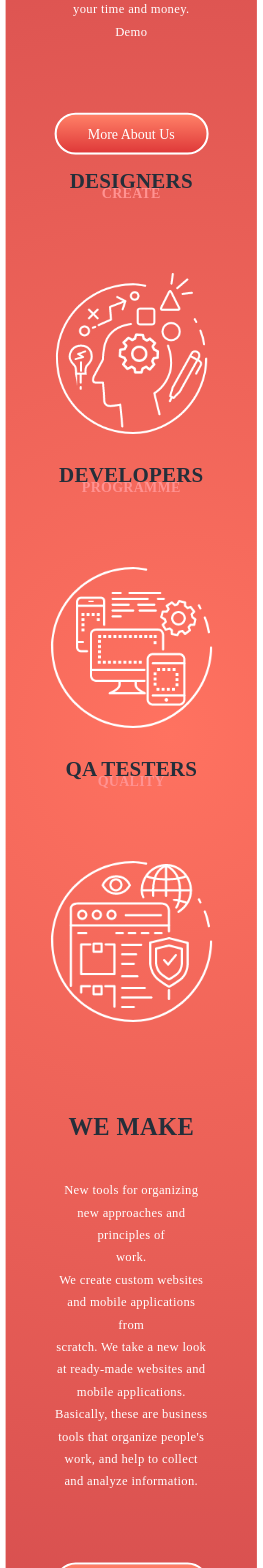
Repository: batonAnton/Ukiepro_girl
Page: index.html
These files come from the project's save history. The page is drawn as it stood at one moment and after the next save; the edit follows.
The browser window is 375 px wide. The pictures show the part of the page from y = 1130 to 3370 px (the page is 10940 px tall before and 10810 px after), at 70% of full size.

Above is the page before, as saved 2020-05-19 16:24:19.
Console error: ReferenceError: x is not defined

### index.html
<!DOCTYPE html>
<html lang="en">
  <head>
    <meta charset="UTF-8" />
    <meta name="viewport" content="width=device-width, initial-scale=1.0" />
    <meta content="width=device-width, initial-scale=1" name="viewport" />
    <title>Main Page</title>
    <link rel="stylesheet" href="./Css/style.css" />
    <link rel="stylesheet" href="./Css/media-query.css" />
    <link rel="stylesheet" href="Css/owl.carousel.min.css" />
    <script
      src="https://code.jquery.com/jquery-3.4.1.slim.min.js"
      integrity="sha256-pasqAKBDmFT4eHoN2ndd6lN370kFiGUFyTiUHWhU7k8="
      crossorigin="anonymous"
    ></script>
    <script src="js/owl.carousel.min.js"></script>
    <script src="js/owl-carousel.js"></script>
  </head>
  <body>
    <div id="myDIV" onscroll="myFunction()">
      <div class="block1">
        <nav>
          <a href="">services</a>
          <a href="">about</a>
          <a href="">portfolio</a>
          <a href="">contact</a>
        </nav>
        <div class="big_logo">
          <img src="./img/Combined_Shape.png" alt="" />

          <div class="btn_block1">
            <p>
              Automating your <br />
              business is up to
            </p>

            <button>Contact us</button>
          </div>
        </div>
        <div class="girl">
          <img src="./img/girl.png" alt="" />
        </div>
      </div>

      <div class="container block2">
        <div class="block2_info">
          <div class="block2_img">
            <img src="./img/block2_logo.png" alt="" />
          </div>

          <div class="weare">
            <h1 class="h1_general">we are</h1>
            <p>
              Business is not about success but about efficiency! <br />
              We are engaged in the implementation of automated <br />
              solutions for commercially-oriented projects. We <br />
              redesign in order to save your time and money.
            </p>

            <p id="demo" class="demoPosition">Demo</p>
            <button>More about us</button>
          </div>
        </div>

        <div class="container three_img_info">
          <div class="same_img_info">
            <h1>designers</h1>
            <img src="./img/designer.png" alt="" />
            <p>create</p>
          </div>

          <div class="same_img_info">
            <h1>developers</h1>
            <img src="./img/developers.png" alt="" />
            <p>programme</p>
          </div>

          <div class="same_img_info">
            <h1>qa testers</h1>
            <img src="./img/qa.png" alt="" />
            <p>quality</p>
          </div>
        </div>

        <div class="container block2_info2">
          <div class="wemake">
            <h1 class="h1_general">we make</h1>

            <p>
              New tools for organizing new approaches and principles of <br />
              work. <br />
              We create custom websites and mobile applications from <br />
              scratch. We take a new look at ready-made websites and <br />
              mobile applications. <br />
              Basically, these are business tools that organize people's <br />
              work, and help to collect and analyze information.
            </p>

            <button>Our services</button>
          </div>

          <div class="block2_img_rombo">
            <img src="./img/rombo.png" alt="" />
          </div>
        </div>

        <div class="container block2_info2 lastblock">
          <h1 class="h1_general">
            technology partner for
          </h1>

          <div class="same_img_info">
            <h1>co-founder</h1>
            <img src="./img/co-founder.png" alt="" />
          </div>

          <div class="same_img_info">
            <h1>
              small & medium <br />
              businesses
            </h1>
            <img src="./img/business.png" alt="" />
          </div>

          <div class="same_img_info">
            <h1>startups</h1>
            <img src="./img/startup.png" alt="" />
          </div>
        </div>
      </div>

      <!-- block3 -->

      <div class="block3">
        <h1 class="h1_general">our projects</h1>
        <div class="container block3_same_block">
          <img src="./img/block3_1.png" alt="" />
          <div class="block3_info">
            <a href="" class="row_btn"
              >hs sports v2.0 <img src="./img/ico_next.png" alt=""
            /></a>

            <p>
              To upgrade existing HS Sports platform: completely change <br />
              design, make it more socio-oriented, submit new statistics, <br />
              create new sections and modules, update all existing <br />
              sections of the website and make it faster.
            </p>
          </div>
        </div>

        <div class="container block3_same_block block3_2">
          <img src="./img/block3_2.png" alt="" />
          <div class="block3_info_2">
            <a href="" class="row_btn"
              >hss recruiter <img src="./img/ico_next.png" alt=""
            /></a>

            <p>
              To upgrade existing HS Sports platform: completely change <br />
              design, make it more socio-oriented, submit new statistics, <br />
              create new sections and modules, update all existing <br />
              sections of the website and make it faster.
            </p>
          </div>
        </div>

        <div class="container block3_same_block">
          <img src="./img/block3_3.png" alt="" />
          <div class="block3_info">
            <a href="" class="row_btn">
              hs sport app <img src="./img/ico_next.png" alt=""
            /></a>
            <p>
              To upgrade existing HS Sports platform: completely change <br />
              design, make it more socio-oriented, submit new statistics, <br />
              create new sections and modules, update all existing <br />
              sections of the website and make it faster.
            </p>
          </div>
        </div>
        <button>view all</button>
      </div>

      <!-- block4 -->

      <div class="block4">
        <img src="./img/block4_people.png" alt="" />
        <div class="block4_info">
          <h1>THE TEAM</h1>
          <p>
            Talented developers. <br />
            We are the team of 25 talented and experienced developers. <br />
            <br />
            We started working on a startup, we engage up to 5 programmers, 1
            <br />
            QA and a manager. Thus, efficient and successful products involve 25
            <br />
            people working on them.
          </p>
        </div>
      </div>

      <!-- block5_slide carousel -->

      <div class="container block5">
        <div class="owl-carousel">
          <div class="item">
            <div class="block5_info">
              <img src="./img/img_ava.png" alt="" />
              <h1>D.Tramble</h1>
              <p>
                Oh my God! After starting an automated <br />
                process of an old business, I have got the <br />
                impression that 10 people in the company just <br />
                pretend to be working!
              </p>
            </div>
          </div>
        </div>
      </div>

      <!-- block6 anketa -->

      <div class="container block6">
        <div class="block6_info1">
          <div class="block6_info">
            <h1>get in touch</h1>
            <p>If you’ve got an issue, feel free to contact us.</p>

            <form action="">
              <!-- <label for="fname">Your name</label> <br> -->
              <input
                type="text"
                name="fname"
                id="fname"
                placeholder="Your name"
              />
              <br />
              <input
                type="number"
                id="phone"
                name="phone"
                placeholder="mobile phone"
              />
              <br />
              <input type="email" placeholder="e-mail" /> <br />
              <input type="text" name="message" id="" placeholder="Message" />
              <br />
            </form>

            <button>Send</button>
          </div>
        </div>
        <div class="block6_img" data-text="ghjghjhgj">
          <img src="./img/block6_girl.png" alt="" />
        </div>
      </div>

      <div class="container block7">
        <div class="block7_info1">
          <input
            type="image"
            id="image"
            alt="Login"
            src="./img/ukrepro_logo_foot.png"
            alt="logo"
          />
          <p>
            Company slogan or other description. <br />
            Main features that calls positive emotions <br />
            from users. Readable text, SEO, keywords <br />
            etc.
          </p>

          <input
            class="socialNet"
            type="image"
            id="image"
            alt="Login"
            src="./img/facebook.png"
            alt=""
          />
          <input
            class="socialNet"
            type="image"
            id="image"
            alt="Login"
            src="./img/instagram.png"
            alt=""
          />
        </div>

        <div class="block7_info2">
          <div class="nav_div">
            <h1>menu</h1>
            <nav>
              <a href="">Home page</a>
              <a href="">services</a>
              <a href="">about</a>
              <a href="">portfolio</a>
              <a href="">contact</a>
            </nav>
          </div>

          <div class="contacts_nav">
            <h1>contacts</h1>
            <nav>
              <a href="#location"
                ><img src="./img/icon_location.png" alt="" /> Lviv, Lemkivska
                9</a
              >
              <a href="email">
                <img src="./img/icon_email .png" alt="" /> info@ukiepro.com</a
              >
              <a href="phoneNum">
                <img src="./img/icon_phone.png" alt="" /> +38 (093) 69 81 184<br />
                +38 (099) 642 51 09</a
              >
            </nav>
          </div>
        </div>
      </div>

      <footer>
        <p>All rights reserved © 2019</p>
      </footer>
    </div>

    <script>
      function myFunction() {
        var elmnt = document.getElementById("myDIV");
        // var x = elmnt.scrollLeft;
        var y = elmnt.scrollTop;
        document.getElementById("demo").innerHTML = "Vertically: " + y + "px";
      }
      console.log(x);
    </script>
  </body>
</html>

### Css/style.css
* {
  max-width: 100%;
}
a:hover {
  text-shadow: 0 0 16px #fff;
  transition: text-shadow 0.36s;
}

nav a:hover {
  text-decoration: underline;
}

button {
  width: 220px;
  height: 60px;
  border: none;
  border-radius: 33px;
  background-image: linear-gradient(180deg, #ff8067 0%, #df3939 100%);
  background-color: transparent;
  color: #ffffff;
  font-family: "Museo -700";
  text-transform: capitalize;
  font-size: 20px;
  transition: background-color 0.3s;
}
a {
  text-decoration: none;
}

.container {
  max-width: 100%;
  width: 1100px;
  margin-left: auto;
  margin-right: auto;
}
.block1 {
  width: 100%;
  /* height: 920px; */
  position: relative;
  box-shadow: -8px 1px 116px rgba(0, 0, 0, 0.21);
  background-image: radial-gradient(
    circle 1673px at 29.24% 114.02%,
    #22466c 0%,
    #0e1f39 100%
  );
  /* opacity: -1; */
  z-index: 2;
}

.block1 nav {
  max-width: 100%;
  width: 1050px;
  margin-left: auto;
  margin-right: auto;
  margin-top: 0;
  padding-top: 40px;

  height: 19px;
  text-align: right;
  color: #ffffff;
  font-family: "Museo 500- Regular";
  font-size: 16px;
  font-weight: 400;
  letter-spacing: 0.89px;
}
.block1 nav a {
  width: 446px;
  height: 19px;
  color: #ffffff;
  font-family: "Museo 500- Regular";
  font-size: 16px;
  font-weight: 400;
  letter-spacing: 0.84px;
  /* Text style for "Services" */
  letter-spacing: 0.89px;
  text-transform: capitalize;
}

.block1 nav a + a {
  margin-left: 30px;
}
.big_logo {
  margin: 0 auto;
  padding-bottom: 100px;
  max-width: 100%;
  width: 1200px;
  text-align: center;
}
.block1 img {
  max-width: 100%;
  width: 1226px;
  height: 309px;
  margin: 0 auto;
  padding-top: 75px;
  margin-left: auto;
  margin-right: auto;
}

p {
  margin-block-start: 0em;
  margin-block-end: 0em;
}

.block1 p {
  width: 350px;
  height: 103px;
  opacity: 0.8;
  color: #ffffff;
  font-family: "Exo 2.0- Bold";
  font-size: 30px;
  font-weight: 700;
  letter-spacing: -0.03px;
  line-height: 40px;
}
.block1 button {
  width: 220px;
  height: 60px;
  border: none;
  border-radius: 33px;
  background-image: linear-gradient(180deg, #ff8067 0%, #df3939 100%);
  color: #ffffff;
  font-family: "Museo -700";
  font-size: 20px;
}
.btn_block1 {
  text-align: left;
  margin-left: 50px;
  margin-top: 80px;
}
.block1 button {
  margin-top: 50px;
}

.block1 .girl img {
  width: 729px;
  height: 957px;
  position: absolute;
  top: 25%;
  left: 35%;
}

.block2 {
  width: 100%;
  /* height: 2851px; */
  overflow: hidden;
  padding-bottom: 300px;
  background-image: radial-gradient(
    circle 1288px at 65.32% 35.97%,
    #ff7260 0%,
    #d74f4f 100%
  );
  z-index: 0;
}
.block2_info {
  overflow: hidden;
  width: 1200px;
  padding-bottom: 210px;
  margin-left: auto;
  margin-right: auto;
}

/* .block2_img {
  width: 1306px;
  height: 895px;
  left: -25%;
  top: 85%;
  position: absolute;
} */

.block2_img img {
  left: -25%;
  top: 85%;
  position: absolute;
}

.weare {
  float: right;
  margin: 10% 10%;
}

.weare h1 {
  height: 70px;
  color: #242f3a;
  font-family: "Exo 2.0- Bold";
  font-size: 60px;
  font-weight: 700;
  letter-spacing: 0.52px;
  text-transform: uppercase;
}

.weare p {
  height: 219px;
  /* opacity: 0.9; */
  color: #ffffff;
  font-family: "Museo 500- Regular";
  font-size: 18px;
  font-weight: 400;
  letter-spacing: 0.48px;
  line-height: 32px;
  /* Text style for "Business i" */
  font-family: "Museo -700";
}

.block2_info button {
  width: 220px;
  height: 60px;
  border-radius: 33px;
  border: 3px solid #ffffff;
}

.three_img_info {
  display: flex;
  flex-direction: row;
  padding-bottom: 100px;
}

.three_img_info h1 {
  height: 38px;
  color: #242f3a;
  font-family: "Exo 2.0- Bold";
  font-size: 32px;
  font-weight: 700;
  letter-spacing: 0.28px;
  text-transform: uppercase;
}

.same_img_info {
  width: 50%;
  text-align: center;
}

.same_img_info img {
  height: 230px;
  margin-top: 60px;
}

.same_img_info p {
  width: 50px;
  margin-top: -60%;
  transform: rotate(90deg);
  color: #ff9291;
  font-family: "Exo 2.0- Bold";
  font-size: 42px;
  font-weight: 700;
  letter-spacing: 0.37px;
  text-transform: uppercase;
}

.block2_info2 {
  display: flex;
  flex-direction: row;
  height: 895px;
  width: 1200px;
  margin-left: auto;
  margin-right: auto;
}

.wemake {
  margin: 20% 0% 0% 10%;
  width: 510px;
}
.h1_general {
  height: 70px;
  color: #242f3a;
  font-family: "Exo 2.0- Bold";
  font-size: 60px;
  font-weight: 700;
  letter-spacing: 0.52px;
  text-transform: uppercase;
}

.block2_info2 .h1_general {
  margin-left: 10%;
}

.wemake p {
  height: 256px;
  /* opacity: 0.9; */
  color: #ffffff;
  font-family: "Museo 500- Regular";
  font-size: 14px;
  font-weight: 400;
  letter-spacing: 0.48px;
  line-height: 32px;
  /* Text style for "Business i" */
  font-family: "Museo -700";
}

.block2_info2 button {
  width: 220px;
  height: 60px;
  border-radius: 33px;
  border: 3px solid #ffffff;
}

/* rombo property */

.block2_img_rombo {
  position: relative;
}

.block2_img_rombo img {
  margin: -12% 0% 0% 59%;
}

.same_img_info h1 {
  height: 68px;
  color: #242f3a;
  font-family: "Exo 2.0- Bold";
  font-size: 32px;
  font-weight: 700;
  letter-spacing: 0.28px;
  text-transform: uppercase;
}

.lastblock {
  flex-wrap: wrap;
  height: 400px;
}

.lastblock .same_img_info {
  flex: 1 1 30%;
  text-align: center;
}

/* block3 */
.block3 {
  width: 100%;
  /* height: 1982px; */
  background-color: #151f30;
  display: inline-block;
  text-align: center;
  padding-bottom: 240px;
  z-index: 2;
}

.block3 .h1_general {
  /* width: 424px; */
  height: 70px;
  margin-top: 140px;
  color: #f06868;
  font-family: "Exo 2.0- Bold";
  font-size: 60px;
  font-weight: 700;
  letter-spacing: -0.68px;
  text-transform: uppercase;
}

.block3_same_block {
  width: 1100px;
  display: block;
  margin-bottom: 60px;
}

.block3_info {
  float: right;
  margin-top: 100px;
  text-align: left;
}
.block3_info_2 {
  float: left;
  margin-top: 100px;
  text-align: left;
}

.block3 a {
  /* width: 285px; */
  height: 30px;
  color: #ffffff;
  font-family: "Exo 2.0- Bold";
  font-size: 26px;
  font-weight: 700;
  text-transform: uppercase;
}
.block3 p {
  width: 462px;
  height: 140px;
  color: #ffffff;
  font-family: "Museo 500- Regular";
  font-size: 16px;
  font-weight: 400;
  letter-spacing: 0.5px;
  line-height: 28px;
}

.block3 .row_btn img {
  width: 40px;
  height: auto;
  margin-left: 20px;
  background-color: #151f30;
  background-image: none;
}

/* block4 */

.block4 {
  background-image: radial-gradient(
    circle 518px at 51.13% 543.37%,
    #f17060 0%,
    #d65454 100%
  );
  text-align: center;
  z-index: 0;
  position: relative;
}

.block4 img {
  margin-top: -80px;
  z-index: 2;
}

.block4_info {
  position: absolute;
  z-index: 0;
  left: 40%;
  margin-left: -50px;
  top: 20%;
  margin-top: -50px;
}
.block4 h1 {
  height: 70px;
  color: #1f3040;
  font-family: "Exo 2.0- Bold";
  font-size: 60px;
  font-weight: 700;
  letter-spacing: -0.68px;
  text-transform: uppercase;
}

.block4 p {
  height: 232px;
  opacity: 0.85;
  color: #1c2b3d;
  font-family: "Museo 500- Regular";
  font-size: 18px;
  font-weight: 400;
  letter-spacing: 0.5px;
  line-height: 32px;
}

/* block5 */

.block5 {
  background-color: #151f30;
  text-align: center;
  width: auto;
}

.block5_info {
  padding: 130px 0px 130px 0px;
  width: 370px;
}

.block5 .item .block5_info img {
  width: 120px;
}

.block5 h1 {
  height: 23px;
  color: #ffffff;
  font-family: "Museo -700";
  font-size: 20px;
  letter-spacing: -0.21px;
}
.block5 p {
  height: 132px;
  color: #ffffff;
  font-family: "Museo 500- Regular";
  font-size: 18px;
  font-weight: 400;
  letter-spacing: 0.59px;
  line-height: 32px;
}

/* block6 */

.block6 {
  background-color: #1d2635;
  display: inline-flex;
  width: 100%;
}

.block6_info {
  margin: 160px 0px 0px 300px;
}

.block6 h1 {
  height: 70px;
  color: #f06868;
  font-family: "Exo 2.0- Bold";
  font-size: 60px;
  font-weight: 700;
  /* letter-spacing: 1.33px; */
  text-transform: uppercase;
}

.block6 p {
  height: 38px;
  color: #ffffff;
  font-family: "Museo 500- Regular";
  font-size: 24px;
  font-weight: 400;
  line-height: 38px;
}

.block6 form {
  /* padding: 100px; */
  margin: 70px 0px 70px 0px;
}

.block6 input {
  width: 360px;
  height: 40px;
  outline: 0;
  background-color: #1d2635;
  border-width: 0 0 2px;
  border-color: #ffffff;
  margin: 10px;
}

.block6_img {
  /* width: 40%; */
  padding-top: 50px;
  margin-left: 300px;
}

.block7 {
  width: 100%;
  display: inline-flex;
  box-shadow: -8px 1px 116px rgba(0, 0, 0, 0.21);
  background-image: radial-gradient(
    circle 2620px at 8.45% 1238.64%,
    #151f2f 0%,
    #2f4058 100%
  );
}

.block7_info1 {
  width: 40%;
  margin: 160px 0px 0px 300px;
}

.block7_info2 {
  width: 60%;
  margin: 160px 0px 0px 0px;
  display: inline-flex;
}

.block7 h1 {
  height: 23px;
  color: #ffffff;
  text-transform: capitalize;
  font-family: "Museo 500- Regular";
  font-size: 20px;
  font-weight: 400;
  letter-spacing: 1px;
  padding-bottom: 20px;
}
.block7 p {
  margin: 70px 0px 70px 0px;
  height: 120px;
  opacity: 0.6;
  color: #ffffff;
  font-family: "Museo 500- Regular";
  font-size: 16px;
  font-weight: 400;
  letter-spacing: 1px;
  line-height: 30px;
}

.block7 .socialNet {
  margin-bottom: 180px;
  padding: 10px;
}
.contacts_nav {
  margin-left: 100px;
}
.contacts_nav img {
  width: 44px;
  height: 44px;
  margin-right: 20px;
}

.block7 nav a {
  display: flex;
  color: #ffffff;
  font-family: "Museo 500- Regular";
  font-size: 16px;
  font-weight: 400;
  letter-spacing: 1px;
  line-height: 60px;
  text-transform: capitalize;
}

.block7 nav a:hover {
  text-decoration: none;
}

/* footer */

footer {
  text-align: center;
  padding: 40px 0px 40px 0px;
  background-image: linear-gradient(
    to right,
    #151f2f 0%,
    rgba(47, 64, 88, 0) 100%
  );
}

footer p {
  /* height: 30px; */
  color: #ffffff;
  font-family: "Museo 500- Regular";
  font-size: 16px;
  font-weight: 400;
  letter-spacing: 1px;
  line-height: 30px;
}

button:hover {
  background-image: none;
  background-color: #ffffff;
  color: #df3939;
  transition: background-color 0.3s;
}

### Css/media-query.css
@media all and (max-width: 1920px) {
  .block2_img_rombo img {
    margin: -12% 0% 0% 55%;
  }
}

@media all and (min-width: 1785px) and (max-width: 1880px) {
  block2_img img {
    left: -29%;
  }
}

@media all and (min-width: 1620px) and (max-width: 1785px) {
  block2_img img {
    left: -40%;
  }
}

@media all and (min-width: 1620px) and (max-width: 1780px) {
  .block2_img img {
    left: -36%;
  }
}
@media all and (max-width: 1705px) {
  .block2_img img {
    left: -33%;
  }
}

@media all and (min-width: 1435px) and (max-width: 1485px) {
  .block2_img img {
    left: -45%;
  }
}

@media all and (min-width: 1360px) and (max-width: 1435px) {
  .block2_img img {
    left: -49%;
  }
}

@media all and (max-width: 1350px) {
  .block2_img img {
    left: -60%;
  }
}

@media all and (min-height: 535px) {
  .weare {
    margin: 20% 10%;
  }
}

@media all and (max-width: 1650px) {
  .block2_img_rombo img {
    margin: -12% 0% 0% 35%;
  }
}

@media all and (min-width: 1120px) and (max-width: 1450px) {
  .big_logo {
    max-width: 80%;
  }

  .big_logo img {
    height: auto;
  }
  .block4_info {
    margin-left: -140px;
  }

  .block2_info {
    padding-bottom: 0px;
  }

  .block3_2 {
    margin-left: 210px;
  }

  .block6_img {
    /* width: 40%; */
    padding-top: 50px;
    margin-left: 145px;
  }
  .block6_info {
    margin: 60px 0px 0px 120px;
  }

  .block6 h1 {
    font-size: 50px;
  }

  .block6 {
    padding: 100px 0px 100px 0px;
  }
}

@media all and (min-width: 750px) and (max-width: 1120px) {
  .block1 nav {
    margin-left: -120px;
  }

  .btn_block1 {
    margin-left: 0px;
  }

  .block1 p {
    font-size: 25px;
  }

  .block1 button {
    width: 180px;
  }

  .big_logo {
    max-width: 80%;
  }

  .big_logo img {
    height: auto;
  }

  .block1 .girl img {
    width: 60%;
    height: auto;
  }
  .block6 {
    padding: 100px 0px 100px 0px;
  }
}

/* SMALL  SCREEN */
@media all and (min-width: 320px) and (max-width: 425px) {
  * {
    text-align: center;
  }

  .block1 nav {
    display: none;
  }

  .block1 .girl img {
    width: 80%;
    height: auto;
    top: 60%;
    left: 13%;
  }

  .block1 .big_logo {
    padding-bottom: 220px;
  }

  .block1 img {
    width: 80%;
    height: auto;
  }

  .block1 p {
    font-size: 25px;
    height: auto;
  }

  .btn_block1 {
    margin-left: 0px;
    text-align: center;
  }

  /* block2 */
  .block2_img,
  .block2_img_rombo {
    display: none;
  }

  .block2 h1 {
    font-size: 30px;
    text-align: center;
  }

  .block2 button {
    margin-top: 100px;
  }

  .weare p,
  .wemake p {
    font-size: 18px;
    text-align: center;
    height: auto;
    margin-left: auto;
    margin-right: auto;
    width: 220px;
  }

  .wemake,
  .weare {
    margin: auto;
    float: unset;
  }

  .weare {
    margin-top: 100px;
  }
  .block2_info,
  .three_img_info {
    padding-bottom: 0px;
  }

  .block2 .three_img_info {
    display: block;
  }

  .block2 .three_img_info h1,
  .wemake h1 {
    font-size: 30px;
  }

  .same_img_info p {
    width: auto;
    transform: none;
    font-size: 20px;
    margin-top: -100%;
  }

  .same_img_info {
    width: auto;
    height: 400px;
    margin-right: auto;
    margin-left: auto;
    text-align: center;
  }

  .lastblock .same_img_info {
    flex: auto;
  }

  .same_img_info img {
    margin-top: 60px;
  }
  .lastblock {
    height: 1090px;
  }

  .block2_info2 .h1_general {
    margin-left: 0%;
    font-size: 35px;
  }

  .block3 .h1_general {
    font-size: 35px;
    margin-top: 50px;
  }
  .block3_same_block img {
    width: 230px;
    height: auto;
  }

  .block3_info {
    margin-top: 50px;
    float: unset;
    text-align: center;
  }
  .block3 .row_btn img {
    width: 30px;
    margin-left: 0px;
  }
  .block3 p {
    font-size: 16px;
    margin-top: 50px;
    margin-left: auto;
    margin-right: auto;
    height: auto;
    width: 250px;
  }

  .block3_info_2 {
    margin-top: 50px;
    float: unset;
    text-align: center;
  }

  /* block4 */

  .block4_info {
    position: relative;
    left: 0%;
    margin-left: 0px;
    top: -20%;
    margin-top: 0px;
    padding-bottom: 50px;
  }

  .block4 h1 {
    font-size: 35px;
    margin-top: 50px;
    height: auto;
  }
  .block4 p {
    font-size: 16px;
    margin-top: 50px;
    margin-left: auto;
    margin-right: auto;
    height: auto;
    width: 250px;
    color: #ffffff;
  }

  /* block 6 anketa */

  .block6 {
    display: inline-block;
  }
  .block6_info {
    margin: 0px;
  }
  .block6 h1 {
    font-size: 35px;
    margin-top: 50px;
    height: auto;
  }

  .block6 p {
    font-size: 16px;
  }

  .block6 input {
    width: 250px;
    margin-left: auto;
    margin-right: auto;
  }
  .block6 form {
    margin: 70px 30px 70px 30px;
  }
  .block6 button {
    margin-bottom: 50px;
  }
  .block6_img {
    display: none;
  }

  /* footer */

  .block7 {
    display: grid;
  }
  .block7_info1 {
    width: 250px;
    height: auto;
    margin-left: auto;
    text-align: left;
    margin-right: auto;
  }

  .block7_info2 {
    display: grid;
    width: 250px;
    height: auto;
    margin-left: auto;
    text-align: left;
    margin-right: auto;
  }
  .block7 h1 {
    text-align: left;
  }

  .contacts_nav {
    margin-left: 0px;
    margin-top: 50px;
  }
}

### js/owl-carousel.js
$(document).ready(function () {
  $(".owl-carousel").owlCarousel({
    loop: true,
    margin: 10,
    responsive: {
      0: {
        items: 1,
      },
      600: {
        items: 3,
      },
      1000: {
        items: 5,
      },
    },
  });
});

Loaded but not shown: Css/owl.carousel.min.css (library); js/owl.carousel.min.js (library)

After the next save:
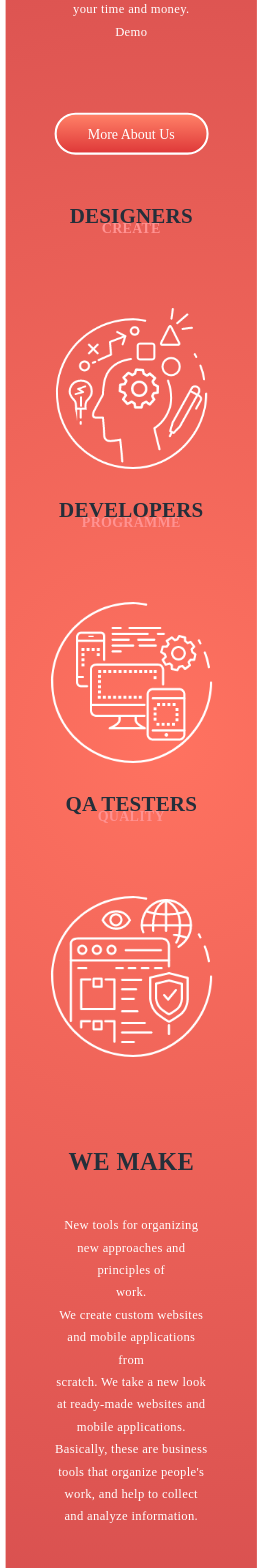
Saved 5 min 4 s later.
--- a/Css/media-query.css
+++ b/Css/media-query.css
@@ -198,6 +198,7 @@
 
   .weare {
     margin-top: 100px;
+    margin-bottom: 50px;
   }
   .block2_info,
   .three_img_info {
@@ -342,14 +343,22 @@
     display: grid;
   }
   .block7_info1 {
+    margin-top: 160px;
     width: 250px;
     height: auto;
     margin-left: auto;
     text-align: left;
     margin-right: auto;
   }
+  .logo7 {
+    text-align: center;
+    margin-left: auto;
+    margin-right: auto;
+    width: 100%;
+  }
 
   .block7_info2 {
+    margin-top: 8 0px;
     display: grid;
     width: 250px;
     height: auto;
@@ -361,6 +370,10 @@
     text-align: left;
   }
 
+  .block7 .socialNet {
+    margin-bottom: 0px;
+  }
+
   .contacts_nav {
     margin-left: 0px;
     margin-top: 50px;
